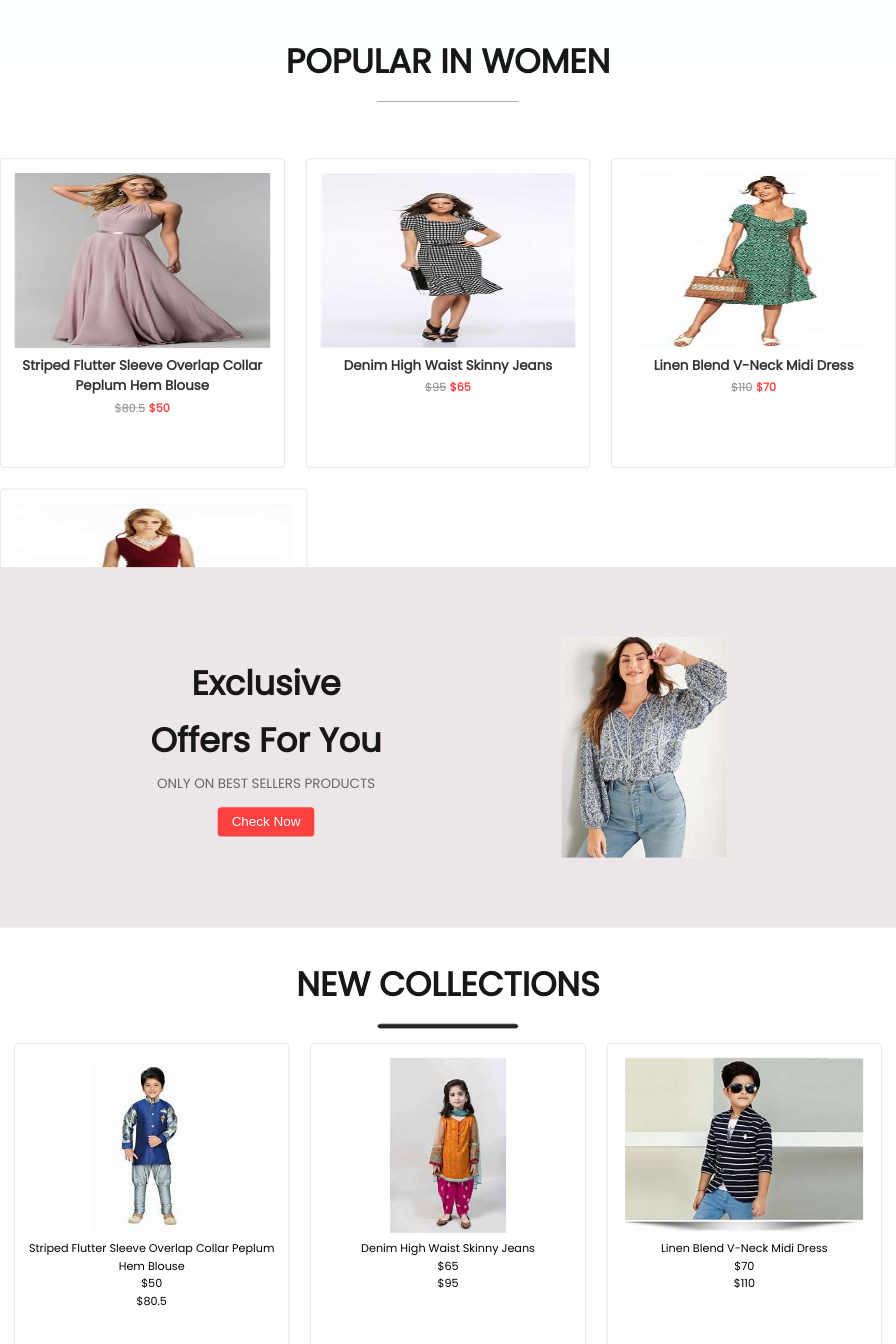
Repository: sshaiv/Shoppie_EcommerceAPP
Page: /
The author's editor kept a copy of each file at every save. The page is drawn from the files as they stood at one save, then again after the next save.
The browser window is 1280 px wide. The pictures show the part of the page from y = 723 to 2643 px (the page is 4422 px tall), at 70% of full size.
The project was rebuilt for these pictures with package versions that can differ from the ones it lists, and the page was loaded fresh each time. Also part of the build but not shown: src/App.css, src/Components/Pages/CSS/ShopCategory.css, src/Components/Pages/ShopCategory.jsx, src/Components/Breadcrums/Breadcrum.css, src/Components/Breadcrums/Breadcrums.jsx, src/Components/Pages/Product.jsx, src/Components/Pages/Cart.jsx, src/Components/Pages/CSS/LoginSignup.css and 1 more.

Above is the page before, as saved 2024-07-16 21:27:54.

### public/index.html
<!DOCTYPE html>
<html lang="en">
  <head>
    <meta charset="utf-8" />
    <link rel="icon" href="%PUBLIC_URL%/favicon.ico" />
    <meta name="viewport" content="width=device-width, initial-scale=1" />
    <meta name="theme-color" content="#000000" />
    <meta
      name="description"
      content="Web site created using create-react-app"
    />
    <link rel="apple-touch-icon" href="%PUBLIC_URL%/logo192.png" />
    <!--
      manifest.json provides metadata used when your web app is installed on a
      user's mobile device or desktop. See https://developers.google.com/web/fundamentals/web-app-manifest/
    -->
    <link rel="manifest" href="%PUBLIC_URL%/manifest.json" />
    <!--
      Notice the use of %PUBLIC_URL% in the tags above.
      It will be replaced with the URL of the `public` folder during the build.
      Only files inside the `public` folder can be referenced from the HTML.

      Unlike "/favicon.ico" or "favicon.ico", "%PUBLIC_URL%/favicon.ico" will
      work correctly both with client-side routing and a non-root public URL.
      Learn how to configure a non-root public URL by running `npm run build`.
    -->
    <link rel="preconnect" href="https://fonts.googleapis.com">
    <link rel="preconnect" href="https://fonts.gstatic.com" crossorigin>
    <link href="https://fonts.googleapis.com/css2?family=Poppins&display=swap" rel="stylesheet">
    <title>E-Commerce</title>
  </head>
  <body>
    <noscript>You need to enable JavaScript to run this app.</noscript>
    <div id="root"></div>
    <!--
      This HTML file is a template.
      If you open it directly in the browser, you will see an empty page.

      You can add webfonts, meta tags, or analytics to this file.
      The build step will place the bundled scripts into the <body> tag.

      To begin the development, run `npm start` or `yarn start`.
      To create a production bundle, use `npm run build` or `yarn build`.
    -->
  </body>
</html>

### src/index.js
import React from 'react';
import ReactDOM from 'react-dom/client';
import './index.css';
import App from './App';
import ShopContextProvider from './Components/Context/ShopContext';

const root = ReactDOM.createRoot(document.getElementById('root'));
root.render(
  <ShopContextProvider>
    <App/>
  </ShopContextProvider>
);

// If you want to start measuring performance in your app, pass a function
// to log results (for example: reportWebVitals(console.log))
// or send to an analytics endpoint. Learn more: https://bit.ly/CRA-vitals

### src/index.css
*{
  margin: 0;
}

body {
  margin: 0;
  font-family: -apple-system, BlinkMacSystemFont, 'Segoe UI', 'Roboto', 'Oxygen',
    'Ubuntu', 'Cantarell', 'Fira Sans', 'Droid Sans', 'Helvetica Neue',
    sans-serif;
  -webkit-font-smoothing: antialiased;
  -moz-osx-font-smoothing: grayscale;

 font-family:'Poppins';

}

code {
  font-family: source-code-pro, Menlo, Monaco, Consolas, 'Courier New',
    monospace;
}

### src/Components/Context/ShopContext.jsx
import React, { createContext } from 'react';
import all_product from '../Assets/all_products';

export const ShopContext = createContext(null);

const ShopContextProvider = (props) => {
  const contextValue = { all_product };

  return (
    <ShopContext.Provider value={contextValue}>
      {props.children}
    </ShopContext.Provider>
  );
}

export default ShopContextProvider;

### src/Components/Navbar/Navbar.jsx
import React, { useState } from 'react'
import './Navbar.css'
import logo from '../Assets/logo.png'
import cart_icon from '../Assets/cart_icon.png'
import { Link } from 'react-router-dom'

const Navbar = () => {
const [menu,setMenu]=useState("shop");

  return (
    <div>
      <div className='navbar'>
        <div className='nav-logo'>
          <img src={logo} alt="Logo" />
          <p>Shopper</p>
        </div>
        <ul className='nav-menu'>
            <li onClick={()=>{setMenu("shop")}}><Link style={{textDecoration:'none'}} to='/'>Shop </Link>{menu==="shop"? <hr/> :<></>}   </li>
            <li onClick={()=>{setMenu("mens")}}><Link style={{textDecoration:'none'}}  to='/mens'>Mens</Link> {menu==="shop"? <hr/> :<></>} </li>
            <li onClick={()=>{setMenu("womens")}}><Link style={{textDecoration:'none'}}  to='/womens'>Womens </Link> {menu==="shop"? <hr/> :<></>} </li>
            <li onClick={()=>{setMenu("kids")}}><Link style={{textDecoration:'none'}}  to='/kids'>Kids</Link> {menu==="shop"? <hr/> :<></>} </li>
        </ul>

        <div className="nav-login-cart">
          <Link to='/login'>  <button>Login</button></Link>
       <Link to='/cart'>   <img src={cart_icon} alt="" /></Link>
      <div className="nav-cart-count">0</div>
        </div>
      </div>
    </div>
  )
}

export default Navbar

### src/Components/Pages/Shop.jsx
import React from 'react';
import Hero from '../Hero/Hero';
import Popular from '../Popular/Popular';
import Offers from '../Offers/Offers';
import NewCollections from '../NewCollections/NewCollections';
import NewsLetter from '../NewsLetter/NewsLetter';


const Shop = () => {
  return (
    <div>
      <Hero/>
      <Popular/>
      <Offers/>
      <NewCollections/>
      <NewsLetter/>

    </div>
  );
}

export default Shop;

### src/Components/Footer/Footer.jsx
import React from 'react'
import './Footer.css'
import footer_logo from '../Assets/footer_logo.png'
import insta_logo from '../Assets/insta_logo.png'
import whatsapp_logo from '../Assets/whatsapp_logo.png'
import pinterest_logo from '../Assets/pinterest_logo.png'



const Footer = () => {
  return (
    <div className='footer'>
      <div className="footer-logo">
        <img src={footer_logo} alt="" />
        <p>SHOPPER</p>

      </div>
      <ul className="footer-links">
        <li>Company</li>
        <li>Products</li>
        <li>Offices</li>
        <li>About</li>
        <li>Contact</li>
      </ul>
      <div className="footer-social-icon">
        <div className="footer-icons-container">
            <img src={insta_logo} alt="" />
        </div>
        <div className="footer-icons-container">
            <img src={whatsapp_logo} alt="" />
        </div>
        <div className="footer-icons-container">
            <img src={pinterest_logo} alt="" />
        </div>
      </div>
      <div className="footer-copyright">
        <hr />
        <p>Copyright @ 2023 - All Right Reserved .</p>
      </div>
    </div>
  )
}

export default Footer

### src/Components/Navbar/Navbar.css
.navbar{
    display: flex;
    justify-content: space-around;
    padding: 16px;
    box-shadow:0 1px 3px -2px black ;

}
.nav-logo{
    display:flex;
    align-items: center;
    gap: 10px;
}

.nav-logo p{
    color: #171717;
    font-size: 38px;
    font-weight: 600;
}
.nav-menu{
    display:flex;
    align-items:center;
    list-style: none;
    gap: 50px;
    color:#626262;
    font-size: 20px;
    font-weight: 500;

}


  .nav-logo img {
    height: 40px;
    margin-right: 10px;
  }



  .nav-menu li {
    margin: 0 15px;
    position: relative;
    cursor: pointer;
  }

  .nav-menu li:hover hr {
    display: block;
  }

  .nav-menu hr {
    display: none;
    width: 80%;
    height: 3px;
    border-radius: 10px;
    background-color:red;

  }

  .nav-login-cart {
    display: flex;
    align-items: center;
    gap: 45px;
  }

  .nav-login-cart button {
    width: 157px;
    height: 58px;
    outline: none;
    border: 1px solid #7a7a7a;
    border-radius: 75px;
    color:#515151;
    font-size: 20px;
    font-weight: 500;
    background: white;
    cursor: pointer;
  }

  .nav-login-cart button:active{
    background:#f3f3f3;
  }
  .nav-login-cart img {
    height: 30px;
    cursor: pointer;
  }
  .nav-cart-count{
    width: 22px;
    height: 22px;
    display: flex;
    justify-content: center;
    align-items:center;
    margin-top: -35px;
    margin-left: -55px;
    border: radius 11px;
    font-size: 14px;
    background-color:red;
    color:white;
  }

  @media (max-width: 768px) {
    .navbar {
      flex-direction: column;
      align-items: center;
    }

    .nav-logo p {
      font-size: 20px;
    }

    .nav-menu {
      flex-direction: column;
      align-items: center;
      gap: 10px;
    }

    .nav-menu li {
      margin: 10px 0;
    }

    .nav-login-cart {
      flex-direction: column;
      align-items: center;
      gap: 10px;
    }
  }

### src/Components/Item/Item.jsx
import React from 'react';
import './Item.css';
import { Link } from 'react-router-dom';

const Item = (props) => {
  return (
    <div className="item">
      <Link to={`/product/${props.id}`}> <img src={props.image} alt="" /> </Link>

    <p>{props.name}</p>
    <div className="item-prices">
      <div className="item-price-new">
        ${props.new_price}
      </div>
      <div className="item-price-old">
        ${props.old_price}
      </div>
    </div>
    </div>
  );
}

export default Item;

### src/Components/Hero/Hero.jsx
import React from "react";
import "./Hero.css";
import hand_icon from "../Assets/hand_icon.png";
import arrow_icon from "../Assets/arrow_icon.png";
import hero_imae from '../Assets/hero_imae.png';

const Hero = () => {
  return (
    <div className="hero">
      <div className="hero-left">
        <h2>NEW ARRIVALS ONLY</h2>
        <div className="hero-hand-icon">
          <p>new</p>
          <img src={hand_icon} alt="hand icon" />
        </div>
        <p>collections</p>
        <p>for everyone</p>
        <div className="hero-latest-btn">
          <div>Latest Collection</div>
          <img src={arrow_icon} alt="arrow icon" />
        </div>
      </div>
      <div className="hero-right">
        <img src={hero_imae} alt="hero" />
      </div>
    </div>
  );
};

export default Hero;

### src/Components/Popular/Popular.jsx
import React from 'react';
import './Popular.css';
import data_product from '../Assets/data';
// import Item from '../Item/Item';

const Popular = () => {
  return (
    <div className='popular'>
      <h1>POPULAR IN WOMEN</h1>
      <hr />
      <div className="popular-item">
        {data_product.map((item, i) => (
          <div className="item" key={i}>
            <img src={item.image} alt={item.name} />
            <div className="name">{item.name}</div>
            <div className="price">
              <span className="old-price">${item.old_price}</span>
              <span className="new-price">${item.new_price}</span>
            </div>
          </div>
        ))}
      </div>
    </div>
  );
}

export default Popular;

### src/Components/Offers/Offers.jsx
import React from 'react'
import './Offers.css'
import exclusive_image from '../Assets/exclusive_image.png'

const Offers = () => {
  return (
    <div className='offers'>
      <div className="offers-left">
        <h1>Exclusive</h1>
        <h1>Offers For You</h1>
        <p>ONLY ON BEST SELLERS PRODUCTS </p>
        <button>Check Now</button>
      </div>
      <div className="offers-right">
        <img src={exclusive_image} alt="" />
      </div>
    </div>
  )
}

export default Offers

### src/Components/NewCollections/NewCollections.jsx
// Rename the component to something else, e.g., NewCollectionsComponent
import React from 'react';
import './NewCollections.css';
import New_Collections from '../Assets/New_Collections'; // Renamed import
import Item from '../Item/Item'
const NewCollectionsComponent = () => {
  return (
    <div className='new-collections'>
      <h1>NEW COLLECTIONS</h1>
      <hr />
      <div className="collections">
        {New_Collections.map((item, i) => (
          <Item key={i} id={item.id} name={item.name} image={item.image} new_price={item.new_price} old_price={item.old_price} />
        ))}
      </div>
    </div>
  );
}

export default NewCollectionsComponent;

### src/Components/NewsLetter/NewsLetter.jsx
import React from 'react'
import './NewsLetter.css'


const NewsLetter = () => {
  return (
    <div className='newsletter'>
      <h1> Get Exclusive Offers On Your Email</h1>
      <p>Subscribe to our newletter and stay updated</p>

      <div>
        <input type="email" placeholder='your email id' />
     <button>Subscribe</button>

      </div>
    </div>
  )
}

export default NewsLetter;

### src/Components/Footer/Footer.css
.footer {
    background-color: #f9f9f9;
    padding: 40px;
    text-align: center;
    border-top: 1px solid #ddd;
    box-shadow: 0 -2px 4px rgba(0, 0, 0, 0.1);
    position: relative;
    top: 150px;
  }

  .footer-logo {
    display: flex;
    justify-content: center;
    align-items: center;
    gap: 10px;
    margin-bottom: 20px;
  }

  .footer-logo img {
    height: 40px;
  }

  .footer-logo p {
    font-size: 1.5rem;
    font-weight: bold;
    color: #333;
  }

  .footer-links {
    list-style: none;
    padding: 0;
    display: flex;
    justify-content: center;
    gap: 30px;
    margin-bottom: 20px;
  }

  .footer-links li {
    font-size: 1rem;
    color: #666;
    cursor: pointer;
    transition: color 0.3s ease;
  }

  .footer-links li:hover {
    color: #ff4141;
  }

  .footer-social-icon {
    display: flex;
    justify-content: center;
    gap: 20px;
    margin-bottom: 20px;
  }

  .footer-icons-container {
    width: 40px;
    height: 40px;
    display: flex;
    justify-content: center;
    align-items: center;
    border: 1px solid #ddd;
    border-radius: 50%;
    transition: border-color 0.3s ease;
  }

  .footer-icons-container img {
    height: 20px;
  }

  .footer-icons-container:hover {
    border-color: #ff4141;
  }

  .footer-copyright {
    margin-top: 20px;
    font-size: 0.9rem;
    color: #999;
  }

  .footer hr {
    width: 80%;
    margin: 20px auto;
    border: none;
    border-top: 1px solid #ddd;
  }

### src/Components/Item/Item.css
/* CSS/Item.css */
.item {
    border: 1px solid #ddd;
    border-radius: 4px;
    overflow: hidden;
    background-color: #fff;
    text-align: center;
    padding: 10px;
    height: 450px;
  }

  .item img {
    width: 100%;
    height: 50%;
    display: block;
  }

  .item-details {
    margin-top: 10px;
  }

  .item-name {
    font-size: 16px;
    font-weight: bold;
    color: #333;
  }

  .item-price {
    margin-top: 5px;
    font-size: 14px;
    color: #888;
  }

  .item-old-price {
    text-decoration: line-through;
    margin-right: 10px;
    color: #aaa;
  }

### src/Components/Hero/Hero.css
.hero {
    height: 100vh;
    background: linear-gradient(180deg, #fde1ff, #e1ffea22 60%);
    display: flex;
    justify-content: space-between;
    align-items: center;
    padding: 0 50px;
    box-sizing: border-box;
  }

  .hero-left {
    flex: 1;
    display: flex;
    flex-direction: column;
    justify-content: center;
    gap: 20px;
    padding-left: 50px;
    line-height: 1.3;
  }

  .hero-left h2 {
    color: #090909;
    font-size: 1.5rem;
    font-weight: 500;
    position: relative;
    bottom: 50px;
  }

  .hero-left p {
    color: #171717;
    font-size: 4rem;
    font-weight: 700;
    margin: 10px 0;
  }

  .hero-hand-icon {
    display: flex;
    align-items: center;
    gap: 10px;
    font-size: 1.5rem;
    font-weight: 500;
    color: #ff4141;
  }

  .hero-hand-icon img {
    width: 50px;
  }
  .hero-latest-btn {
    width: 260px;
    display: flex;
    justify-content: center;
    align-items: center;
    gap: 10px;
    padding: 15px 30px;
    border-radius: 50px;
    margin-top: 30px;
    background: #ff4141;
    color: white;
    font-size: 1.2rem;
    font-weight: 600;
    text-transform: uppercase;
    transition: background 0.3s ease, transform 0.3s ease;
    cursor: pointer;
    position: relative;
    /* Add position relative to the parent */
  }

  .hero-latest-btn img {
    height: 20px;
    width: 50px;
    position: absolute; /* Position the image absolutely */
    right: 10px; /* Adjust right position as needed */
  }

  .hero-latest-btn:hover {
    background: #e63939;
    transform: scale(1.05);
  }


  .hero-right {
    flex: 1;
    display: flex;
    justify-content: center;
    align-items: center;
    padding-right: 50px;
  }

  .hero-right img {
    max-width: 100%;
    height: 500px;
   position: relative;
   left: 50px;
   bottom: 25px;

  }

### src/Components/Popular/Popular.css
.popular {
    height: 90vh;
    display: flex;
    flex-direction: column;
    align-items: center;
    gap: 10px;
    position: relative;
    bottom: 35px;
  }

  .popular h1 {
    font-size: 3rem; /* Adjusted font size */
    font-weight: 600;
    color: #171717;
    margin-bottom: 10px; /* Added margin for spacing */
  }

  .popular hr {
    width: 200px;
    height: 6px;
    border-radius: 10px;
    background: #252525;
    margin-bottom: 20px; /* Added margin for spacing */
  }

  .popular-item {
    margin-top: 50px;
    display: flex;
    flex-wrap: wrap; /* Allow items to wrap onto new lines */
    justify-content: space-between; /* Distribute items with space between */
    gap: 30px; /* Increased gap between items */
  }

  .popular-item .item {
    border: 1px solid #ddd; /* Example border style for items */
    padding: 20px; /* Example padding for items */
    flex: 1 1 300px; /* Flex basis to control item width */
    max-width: calc(33.33% - 30px); /* Adjust for three items per row */
    text-align: center;
    height: 400px;

  }

  .popular-item .item img {
    max-width: 100%;
    height: 250px;
    margin-bottom: 10px; /* Space below image */
  }

  .popular-item .item .name {
    font-size: 1.2rem; /* Adjusted font size for item name */
    font-weight: bold;
    color: #333;
    margin-bottom: 5px; /* Space below name */
  }

  .popular-item .item .price {
    font-size: 1rem; /* Adjusted font size for prices */
    color: #888;
  }

  .popular-item .item .old-price {
    text-decoration: line-through; /* Strikethrough for old price */
    margin-right: 5px; /* Space between old and new price */
  }

  .popular-item .item .new-price {
    font-weight: bold;
    color: #ff4141;
  }

  @media (max-width: 768px) {
    .popular h1 {
      font-size: 2rem; /* Adjusted font size for smaller screens */
    }

    .popular-item .item {
      max-width: calc(50% - 20px); /* Adjust for two items per row */
    }
  }

### src/Components/Assets/data.js
import p1_img from './product1.png'
import p2_img from './product2.png'
import p3_img from './product3.png'
import p4_img from './product4.png'


let data_product = [
    {
      id: 1,
      name: "Striped Flutter Sleeve Overlap Collar Peplum Hem Blouse",
      image: p1_img,
      new_price: 50.00,
      old_price: 80.50,
    },
    {
      id: 2,
      name: "Denim High Waist Skinny Jeans",
      image: p2_img,
      new_price: 65.00,
      old_price: 95.00,
    },
    {
      id: 3,
      name: "Linen Blend V-Neck Midi Dress",
      image: p3_img,
      new_price: 70.00,
      old_price: 110.00,
    },
    {
      id: 4,
      name: "Leather Crossbody Bag with Tassel Detail",
      image: p4_img,
      new_price: 45.00,
      old_price: 75.00,
    },
  ];


export default data_product;

### src/Components/Offers/Offers.css
.offers {
    display: flex;
    justify-content: space-around;
    align-items: center;
    margin: 50px 0;
    position: relative;
    top: 25px;
    background-color: rgb(236, 230, 233);
    padding: 100px;
  }

  .offers-left {
    flex: 1;
    padding: 0 20px;
    text-align: center;
  }

  .offers-left h1 {
    font-size: 3rem;
    font-weight: bold;
    color: #171717;
    margin-bottom: 10px;
  }

  .offers-left p {
    color: #666;
    font-size: 1.2rem;
    margin-bottom: 20px;
  }

  .offers-left button {
    padding: 10px 20px;
    background-color: #ff4141;
    color: white;
    border: none;
    border-radius: 5px;
    font-size: 1.2rem;
    cursor: pointer;
    transition: background-color 0.3s ease;
  }

  .offers-left button:hover {
    background-color: #e63939;
  }

  .offers-right {
    flex: 1;
    display: flex;
    justify-content: center;
  }

  .offers-right img {
    max-width: 100%;
    height: auto;
  }

### src/Components/NewCollections/NewCollections.css
.new-collections {
    padding: 20px;
  }

  .new-collections h1 {
    font-size: 3rem;
    font-weight: bold;
    color: #171717;
    text-align: center;
  }

  .new-collections hr {
    width: 200px;
    height: 6px;
    border-radius: 10px;
    background: #252525;
    margin: 20px auto;
  }

  .collections {
    display: grid;
    grid-template-columns: repeat(auto-fit, minmax(300px, 1fr));
    gap: 30px;
    justify-content: center;
  }

  .collections .item {
    border: 1px solid #ddd;
    padding: 20px;
    display: flex;
    flex-direction: column;
    align-items: center;
    text-align: center;
    height: 400px;


  }

  .collections .item img {
    max-width: 100%;
    height: 250px;
    margin-bottom: 10px;
  }

  .collections .item .name {
    font-size: 1.2rem;
    font-weight: bold;
    color: #333;
    margin-bottom: 5px;
  }

  .collections .item .price {
    font-size: 1rem;
    color: #888;
  }

  .collections .item .old-price {
    text-decoration: line-through;
    margin-right: 5px;
  }

  .collections .item .new-price {
    font-weight: bold;
    color: #ff4141;
  }

### src/Components/NewsLetter/NewsLetter.css
.newsletter {
    background-color: #f9f9f9;
    padding: 50px;
    text-align: center;
    border-radius: 10px;
    box-shadow: 0 2px 4px rgba(0, 0, 0, 0.1);
    max-width: 600px;
    margin: 0 auto;
    position: relative;
    top: 50px;
  }

  .newsletter h1 {
    font-size: 2.5rem;
    font-weight: bold;
    color: #333;
    margin-bottom: 20px;
  }

  .newsletter p {
    font-size: 1.2rem;
    color: #666;
    margin-bottom: 30px;
  }

  .newsletter input[type="email"] {
    width: 50%;
    padding: 12px;
    border: 1px solid #ddd;
    border-radius: 5px;
    font-size: 1rem;
    margin-bottom: 20px;
    box-sizing: border-box;
    position: relative;
    right: 5px;

  }

  .newsletter button {
    padding: 12px 20px;
    border: none;
    border-radius: 5px;
    background-color: #ff4141;
    color: white;
    font-size: 1rem;
    cursor: pointer;
    transition: background-color 0.3s ease;
  }

  .newsletter button:hover {
    background-color: #e63939;
  }

Loaded but not shown: src/Components/Assets/all_products.js (195 lines, source omitted); src/Components/Assets/New_Collections.js (69 lines, source omitted); src/App.js (36 lines, source omitted)

After the next save:
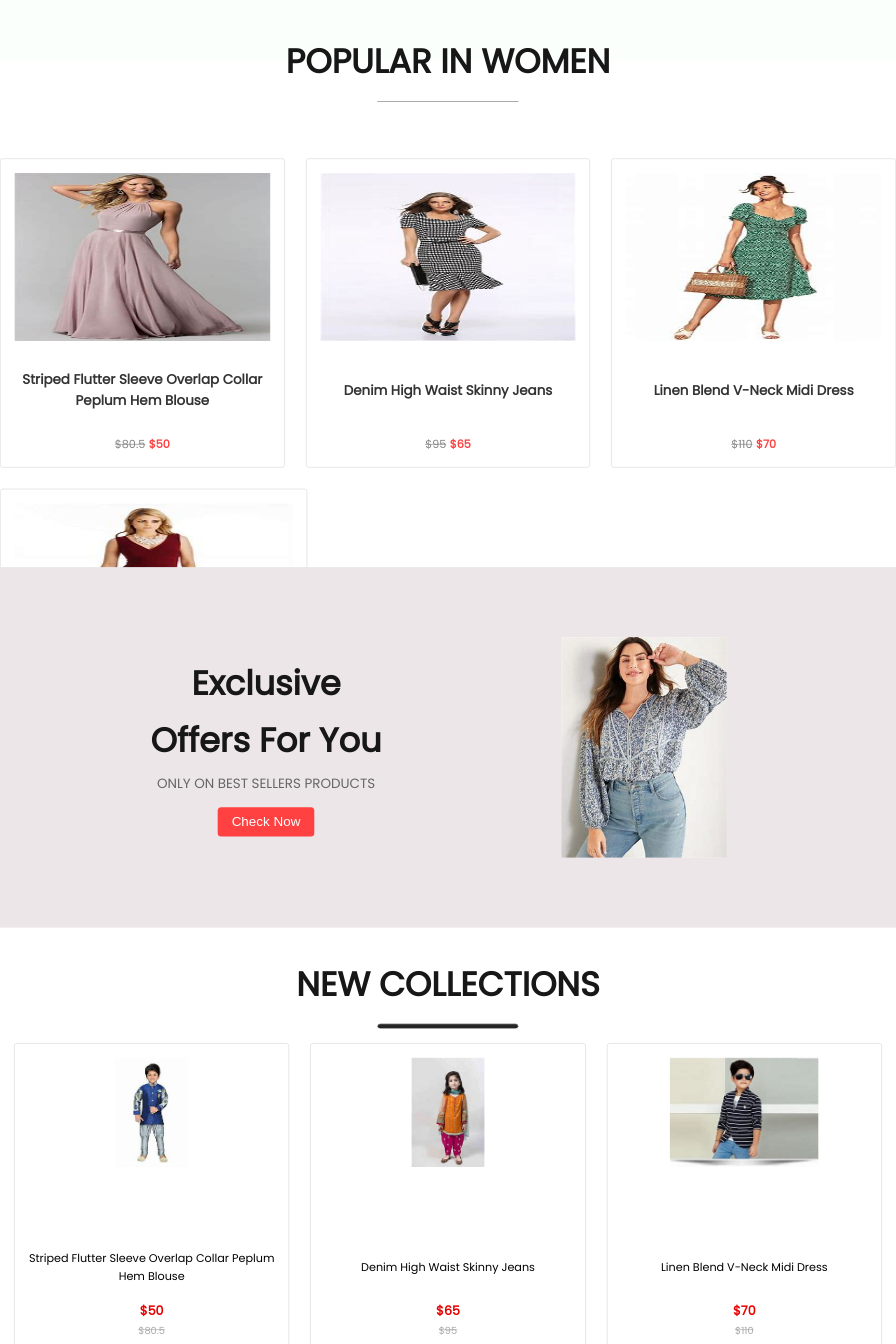
Saved 2 min 53 s later.
--- a/src/Components/Item/Item.css
+++ b/src/Components/Item/Item.css
@@ -1,4 +1,5 @@
 /* CSS/Item.css */
+
 .item {
     border: 1px solid #ddd;
     border-radius: 4px;
@@ -7,11 +8,15 @@
     text-align: center;
     padding: 10px;
     height: 450px;
+    display: flex;
+    flex-direction: column;
+    justify-content: space-between;
   }
 
   .item img {
     width: 100%;
-    height: 50%;
+    height: auto;
+    max-height: 60%;
     display: block;
   }
 
@@ -23,16 +28,22 @@
     font-size: 16px;
     font-weight: bold;
     color: #333;
+    margin: 10px 0;
   }
 
-  .item-price {
+  .item-prices {
+    margin-top: 10px;
+  }
+
+  .item-price-new {
+    font-size: 18px;
+    color: #e60000;
+    font-weight: bold;
+  }
+
+  .item-price-old {
+    text-decoration: line-through;
     margin-top: 5px;
     font-size: 14px;
-    color: #888;
-  }
-
-  .item-old-price {
-    text-decoration: line-through;
-    margin-right: 10px;
     color: #aaa;
   }
